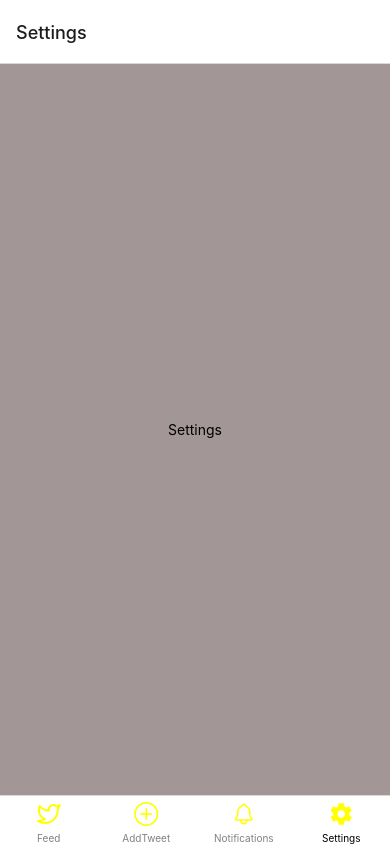
Repository: Deyvid-Kasteh/ReactNativeNavigationTraining
Screen: /Settings
These files come from the project's save history. The screen is drawn as it stood at one moment and after the next save; the edit follows.
The app was drawn by React Native's web renderer in a window 390 px wide. The project was rebuilt for these pictures with package versions that can differ from the ones it lists, and the page was loaded fresh each time. Also part of the build but not shown: screens/BottomTab/Notifications.js, screens/BottomTab/AddTweet.js.

Above is the screen before, as saved 2023-08-03 16:02:37.

After the next save:
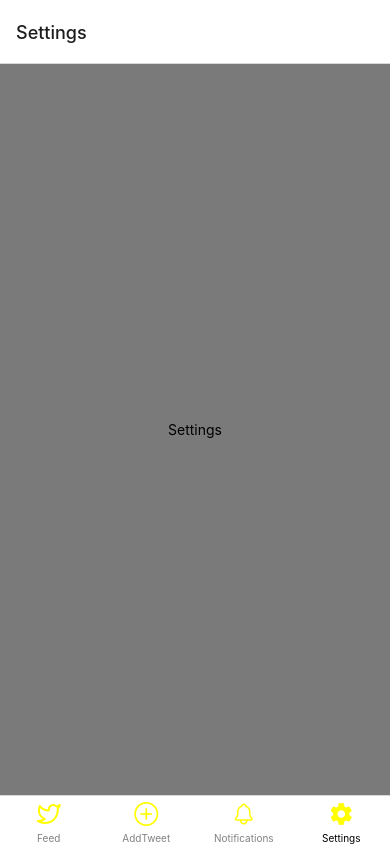
Saved 4 s later.
--- a/screens/BottomTab/Settings.js
+++ b/screens/BottomTab/Settings.js
@@ -14,7 +14,7 @@
 const styles = StyleSheet.create({
   container: {
     flex: 1,
-    backgroundColor: "#a39696",
+    backgroundColor: "#7a7a7a",
     justifyContent: "center",
     alignItems: "center",
   },
